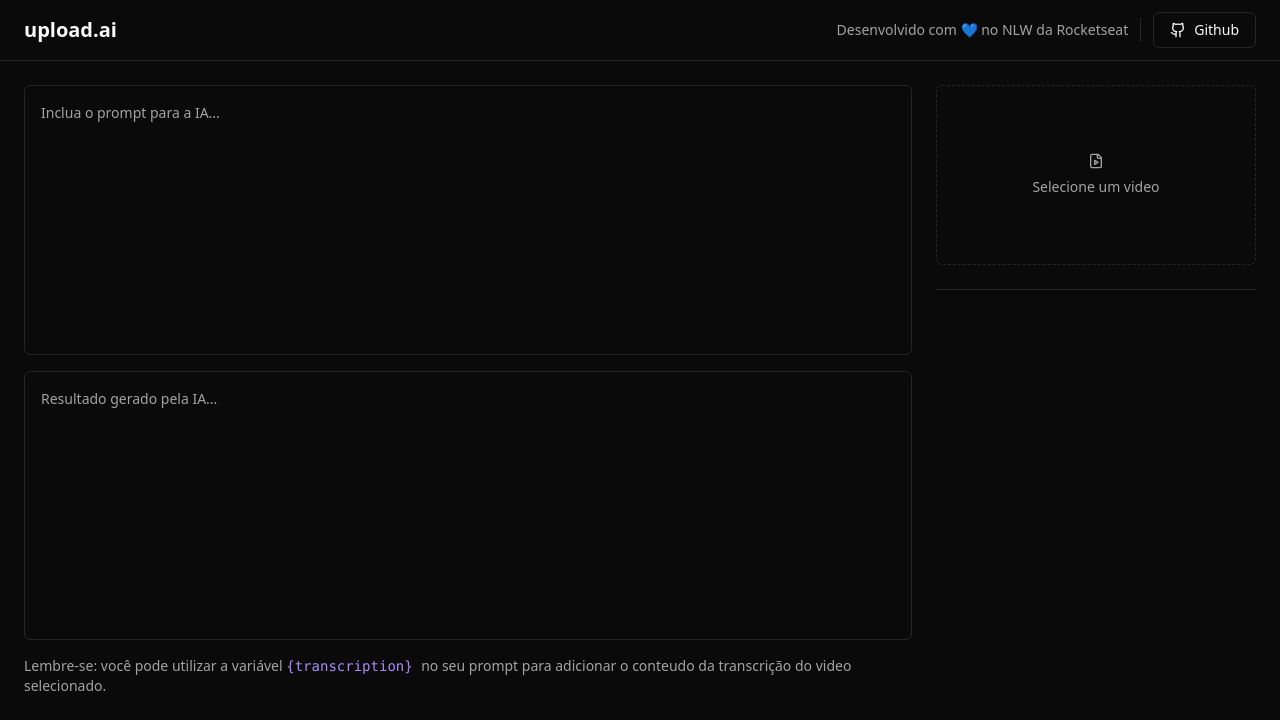
Repository: ricardolimati/upload-ai-web
Page: /
These files come from the project's save history. The page is drawn as it stood at one moment and after a run of saves; the edit follows.
The browser window is 1280 px wide. The pictures show the whole page.
The project was rebuilt for these pictures with package versions that can differ from the ones it lists, and the page was loaded fresh each time. Also part of the build but not shown: vite.config.ts.

Above is the page before, as saved 2023-09-11 23:51:58.

After the next 6 saves:
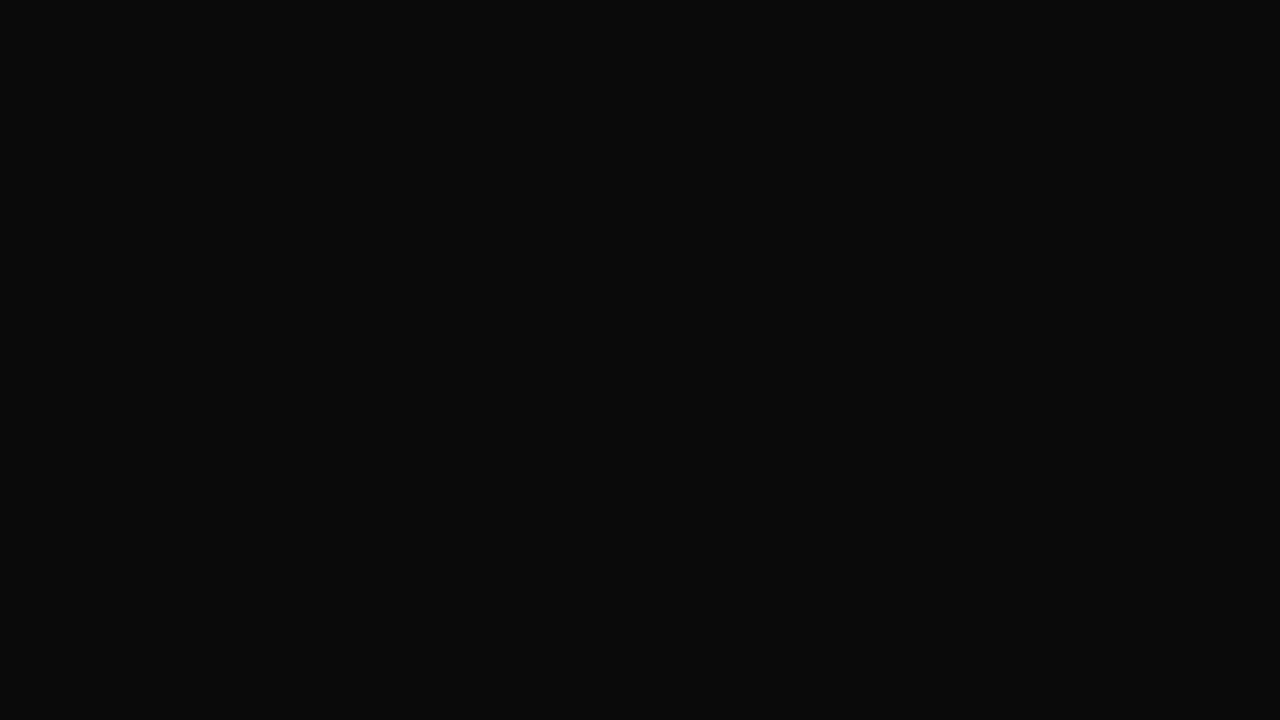
Console error: ReferenceError: Label is not defined
The 6 saves are shown as one change because they came seconds apart.
The last was saved 18 s later.
--- a/src/App.tsx
+++ b/src/App.tsx
@@ -48,7 +48,9 @@ export function App() {
           </label>
           <input type="file" id="video" accept="video/mp4" className="sr-only"/>
           <Separator />
-          <div className=""></div>
+          <div className="space-y-1">
+            <Label></Label>
+          </div>
         </form>
       </aside>
     </main>

After the save that followed:
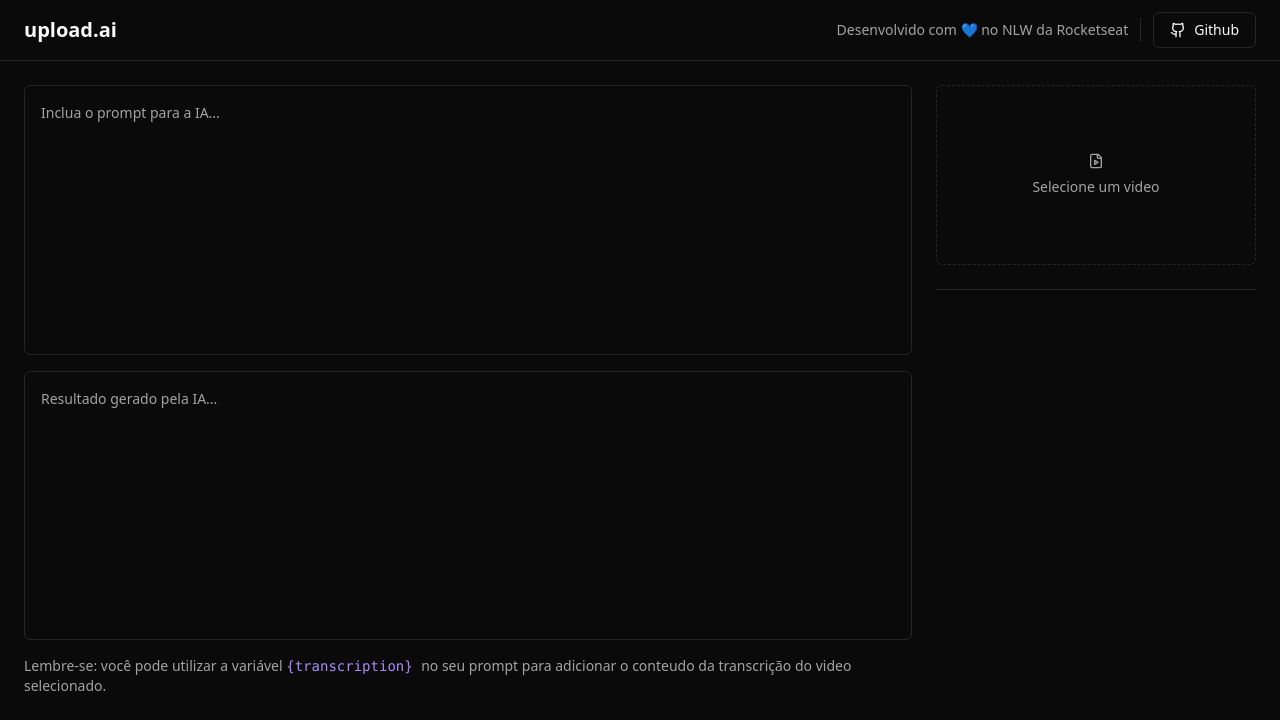
The error is gone.
Saved 14 s later.
--- a/src/App.tsx
+++ b/src/App.tsx
@@ -2,6 +2,7 @@ import {Github, FileVideo} from 'lucide-react'
 import { Button } from "./components/ui/button";
 import { Separator } from './components/ui/separator';
 import { Textarea } from './components/ui/textarea';
+import { Label } from './components/ui/label';
 
 export function App() {
   return(
